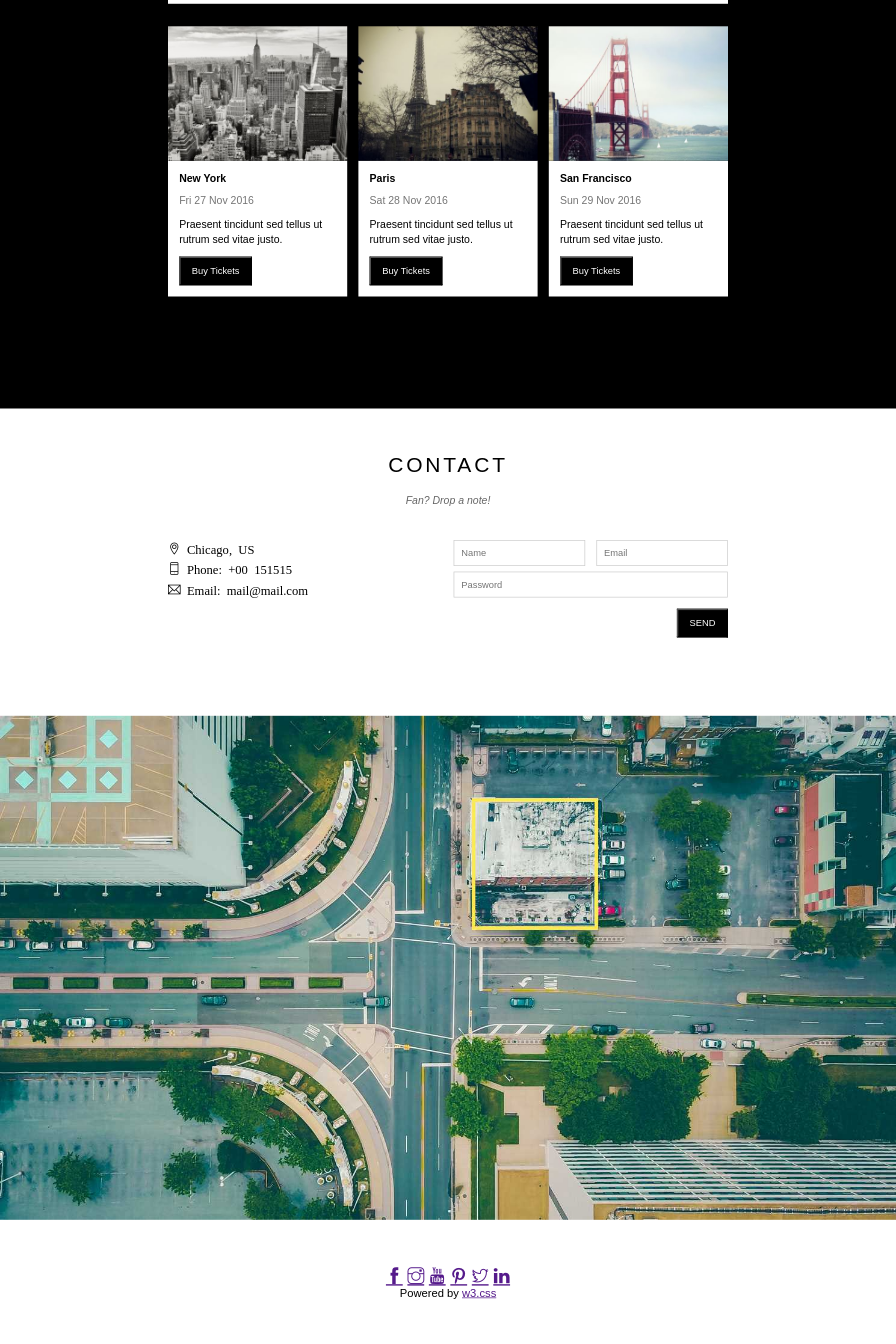
Repository: duyhung0311/band_music
Page: index.html
An editor plug-in stored every save of this project. The page is shown before and after the next save, followed by the edit.
The browser window is 1280 px wide. The pictures show the part of the page from y = 1622 to 3542 px (the page is 3542 px tall), at 70% of full size.

Above is the page before, as saved 2021-08-15 13:50:37.

### index.html
<!DOCTYPE html>
<html lang="en">
  <head>
    <meta charset="UTF-8" />
    <meta http-equiv="X-UA-Compatible" content="IE=edge" />
    <meta name="viewport" content="width=device-width, initial-scale=1.0" />
    <title>Document</title>
    <link rel="stylesheet" href="assets/css/style.css" />
    <link
      rel="stylesheet"
      href="./assets/fonts/themify-icons/themify-icons.css"
    />
  </head>
  <body>
    <div id="main">
      <div id="header">
        <!--#ul>li*5>a  -->
        <!-- Begin : Nav -->
        <ul id="nav">
          <li><a href="">Home</a></li>
          <li><a href="">Tour</a></li>
          <li><a href="">Band</a></li>
          <li><a href="">Contact</a></li>
          <li>
            <a href="">
              More
              <i class="nav-arrow-down ti-angle-dow"></i>
            </a>
            <ul class="subnav">
              <li><a href="">Merchandise</a></li>
              <li><a href="">Extras</a></li>
              <li><a href="">Media</a></li>
            </ul>
          </li>
        </ul>
        <!-- End : Nav -->

        <!-- Begin :Search button -->
        <div class="search-btn">
          <i class="search-icon ti-search"></i>
        </div>
        <!-- End :Search button -->
      </div>

      <div id="slider">
        <div class="text-content">
          <h2 class="text-heading">New York</h2>
          <div class="text-description">
            The atmosphere in New York is lorem ipsum.
          </div>
        </div>
      </div>

      <div id="content">
        <!-- Begin:about section -->
        <div class="content-section">
          <h2 class="section-heading">THE BAND</h2>
          <p class="section-sub-heading">We love music</p>
          <p class="about-content">
            We have created a fictional band website. Lorem ipsum dolor sit
            amet, consectetur adipiscing elit, sed do eiusmod tempor incididunt
            ut labore et dolore magna aliqua. Ut enim ad minim veniam, quis
            nostrud exercitation ullamco laboris nisi ut aliquip ex ea commodo
            consequat. Duis aute irure dolor in reprehenderit in voluptate velit
            esse cillum dolore eu fugiat nulla pariatur. Excepteur sint occaecat
            cupidatat non proident, sunt in culpa qui officia deserunt mollit
            anim id est laborum consectetur adipiscing elit, sed do eiusmod
            tempor incididunt ut labore et dolore magna aliqua. Ut enim ad minim
            veniam, quis nostrud exercitation ullamco laboris nisi ut aliquip ex
            ea commodo consequat.
          </p>

          <div class="row members-list">
            <div class="col col-third text-center">
              <p class="member-name">Name</p>
              <img
                src="./assets/img/ban/member1.jpg"
                alt=""
                class="member-avatar"
              />
            </div>

            <div class="col col-third text-center">
              <p class="member-name">Name</p>
              <img
                src="./assets/img/ban/member1.jpg"
                alt=""
                class="member-avatar"
              />
            </div>

            <div class="col col-third text-center">
              <p class="member-name">Name</p>
              <img
                src="./assets/img/ban/member1.jpg"
                alt=""
                class="member-avatar"
              />
            </div>

            <div class="clear"></div>
          </div>
        </div>
        <!-- End: about sections -->
        <!-- Tour section -->
        <div class="tour-section">
          <div class="content-section">
            <h2 class="section-heading text-white">TOUR DATES</h2>
            <p class="section-sub-heading text-white">
              Remember to book your tickets!
            </p>

            <!-- Ticket list -->
            <ul class="ticket-list">
              <li>September <span class="sold-out">Sold out</span></li>
              <li>October <span class="sold-out">Sold out</span></li>
              <li>November <span class="quantity">3</span></li>
            </ul>

            <!-- Place list -->
            <div class="row places-list">
              <div class="col col-third">
                <img
                  src="./assets//img/place/place1.jpg"
                  alt="New York"
                  class="place-img"
                />
                <div class="place-body">
                  <h3 class="place-heading">New York</h3>
                  <p class="place-time">Fri 27 Nov 2016</p>
                  <p class="place-description">
                    Praesent tincidunt sed tellus ut rutrum sed vitae justo.
                  </p>
                  <button class="btn js-buy-ticket">Buy Tickets</button>
                </div>
              </div>

              <div class="col col-third">
                <img
                  src="./assets//img/place/place2.jpg"
                  alt="Paris"
                  class="place-img"
                />
                <div class="place-body">
                  <h3 class="place-heading">Paris</h3>
                  <p class="place-time">Sat 28 Nov 2016</p>
                  <p class="place-description">
                    Praesent tincidunt sed tellus ut rutrum sed vitae justo.
                  </p>
                  <button class="btn js-buy-ticket">Buy Tickets</button>
                </div>
              </div>
              <div class="col col-third">
                <img
                  src="./assets//img/place/place3.jpg"
                  alt="San Francisco"
                  class="place-img"
                />
                <div class="place-body">
                  <h3 class="place-heading">San Francisco</h3>
                  <p class="place-time">Sun 29 Nov 2016</p>
                  <p class="place-description">
                    Praesent tincidunt sed tellus ut rutrum sed vitae justo.
                  </p>
                  <button class="btn js-buy-ticket">Buy Tickets</button>
                </div>
              </div>
              <div class="clear"></div>
            </div>
          </div>
        </div>

        <!-- Begin :Tour section -->
        <div class="content-section">
          <h2 class="section-heading">CONTACT</h2>
          <p class="section-sub-heading">Fan? Drop a note!</p>
          <div class="row contact-content">
            <div class="col col-half contact-info">
              <p><i class="ti-location-pin"> Chicago, US </i></p>
              <p><i class="ti-mobile"> Phone: +00 151515 </i></p>
              <p><i class="ti-email"> Email: mail@mail.com </i></p>
            </div>
            <div class="col col-half contact-form">
              <form action="">
                <div class="row">
                  <div class="col col-half">
                    <input
                      type="text"
                      name=""
                      required
                      id=""
                      placeholder="Name"
                      class="form-control"
                    />
                  </div>
                  <div class="col col-half">
                    <input
                      type="email"
                      name=""
                      required
                      id=""
                      placeholder="Email"
                      class="form-control"
                    />
                  </div>
                </div>
                <div class="row mt-8">
                  <div class="col col-full">
                    <input
                      type="password"
                      name=""
                      required
                      id=""
                      placeholder="Password"
                      class="form-control"
                    />
                  </div>
                </div>
                <input
                  type="submit"
                  value="SEND"
                  class="btn pull-right mt-16"
                />
              </form>
            </div>
          </div>
        </div>
        <!-- End :Tour section -->
        <!-- Begin: Map section -->
        <div class="map-section">
          <img src="./assets/img/map/map.jpg" alt="Map">
        </div>
        <!-- End: Map section -->
      </div>

      <div id="footer">
        <div class="social-list">
          <a href=""><i class="ti-facebook"></i></a>
          <a href=""><i class="ti-instagram"></i></a>
          <a href=""><i class="ti-youtube"></i></a>
          <a href=""><i class="ti-pinterest"></i></a>
          <a href=""><i class="ti-twitter"></i></a>
          <a href=""><i class="ti-linkedin"></i></a>
        </div>
        <p class="copy-right">
          Powered by
          <a href="">w3.css</a>
        </p>
      </div>
    </div>
    <div class="modal js-modal">
      <div class="modal-container js-modal-container">
        <div class="modal-close js-modal-close">
          <i class="ti-close"></i>
        </div>
        <header class="modal-header">
          <i class="modal-heading-icon ti-bag"></i>
          Tickets
        </header>
        <div class="modal-body">
          <label for="ticket-quantity" class="modal-label">
            <i class="ti-shopping-cart"></i>
            Tickets, $15 per person
          </label>
          <input
            id="quantity"
            type="text"
            placeholder="How many?"
            class="modal-input"
          />

          <label for="email" class="modal-label">
            <i class="ti-user"></i>
            Send To
          </label>
          <input
            id="email"
            type="text"
            placeholder="Email"
            class="modal-input"
          />
          <button id="buy-tickets">Pay <i class="ti-check"></i></button>
        </div>
        <footer class="modal-footer">
          <p class="modal-help">Need <a href="">help?</a></p>
        </footer>
      </div>
    </div>
    <script>
      const buyBtns = document.querySelectorAll(".js-buy-ticket");
      const modal = document.querySelector(".modal");
      const modalClose = document.querySelector(".js-modal-close");
      const modalContainer = document.querySelector(".js-modal-container");
      // Hàm hiển thị modal
      function showBuyTickets() {
        modal.classList.add("open");
      }
      // Hàm ẩn đi modal mua vé
      function showCloseTickets() {
        modal.classList.remove("open");
      }
      for (const buyBtn of buyBtns) {
        buyBtn.addEventListener("click", showBuyTickets);
      }
      modalClose.addEventListener("click", showCloseTickets);
      modal.addEventListener("click", showCloseTickets);
      modalContainer.addEventListener("click", function (event) {
        event.stopPropagation();
      });
    </script>
  </body>
</html>

### assets/css/style.css
/*Reset CSS*/
* {
  padding: 0;
  margin: 0;
  box-sizing: border-box;
}
html {
  font-family: Arial, Helvetica, sans-serif;
}
/*
    1. Từ ngoài vào trong
    2. Từ trên xuống dưới
    3. Từ tổng quan đến chi tiết
*/
/*
    1. Vị trí
    2. Kích thước (width height)
    3. Màu sắc
    4. Kiểu dáng (kiểu chữ, hình tròn, vuông, ....)
*/
.clear{
    clear: both;
}
.text-center {
    text-align: center !important;
}
.text-white {
    color: #fff !important;
}
.mt-8 {
    margin-top: 8px !important;
}
.mt-16 {
    margin-top: 16px !important;
}
.btn{
    color: #fff;
    background :#000;
    text-decoration: none;
    padding:11px 16px;
    display: inline-block;
    margin-top: 15px;
}
.pull-right {
    float: right !important;
}
 .btn:hover{
     cursor: pointer;
    color: #000;
    background: #ccc;
}
#main {
}
#header {
  position: fixed;
  top: 0;
  left: 0;
  right: 0;
  z-index: 1;
  height: 46px;
  background-color: #000;
}

#nav {
  display: inline-block;
}

/* cách bỏ dấu chấm đầu dòng của thằng ul */
#nav,
.subnav {
  list-style-type: none;
}

#nav > li {
  display: inline-block;
}
#nav li {
  /* inline là trên 1 hàng block giữ lại kích thước khối */
  position: relative;
}

#nav > li > a {
  color: #fff;
  text-transform: uppercase;
}

#nav li a {
  text-decoration: none;
  line-height: 46px;
  padding: 0 24px;
  display: block;
  /* inline k tính chiều cao và chiều rộng được */
}

#nav li:hover .subnav {
  display: block;
}

#nav > li:hover > a,
#nav .subnav li:hover a {
  color: #000;
  background-color: #ccc;
}

#nav .subnav {
  display: none;
  min-width: 160px;
  position: absolute;
  top: 100%;
  /* top = 100% là nó lấy chính chiều cao
    100% của chính nó */
  left: 0;
  background-color: #fff;
  box-shadow: 0 0 10px rgba(0, 0, 0, 0.3);
}

#nav .subnav a {
  color: #000;
  padding: 0 12px;
  line-height: 38px;
}

#nav .nav-arrow-down {
  font-size: 14px;
}

#header .search-btn {
  float: right;
  padding: 0 21px;
  cursor: pointer;
}

#header .search-btn:hover {
  background-color: #f44336;
}

#header .search-icon {
  color: #fff;
  font-size: 20px;
  line-height: 46px;
}

#slider {
    position: relative;
    margin-top: 46px;
    padding-top: 50%;
    background:url('./../img/slider/slider1.jpg') top center / cover no-repeat;
}
#slider .text-content   {
    position: absolute;
    bottom: 46px;
    left: 50%;
    color: #fff;
    transform: translateX(-50%);
    text-align: center;
}

#slider .text-heading   {
    font-weight: 500;
    font-size: 24px;
}

#slider .text-description   {
    font-size: 15px;
    margin-top: 25px;
}

#content {

}

#content .content-section{
    width: 800px;
    margin: 0 auto;
    padding: 64px 0 112px;
}

#content .section-heading {
    font-size: 30px;
    font-weight: 500;
    letter-spacing: 4px;
}

#content .section-sub-heading,
#content .about-content {
    margin-top: 25px;
    font-size: 15px;
}

#content .section-heading,
#content .section-sub-heading {
    text-align: center;
}

#content .section-sub-heading {
    font-style: italic;
    opacity: 0.6;
}

#content .about-content {
    text-align: justify;
    line-height: 1.4;
}

#content .members-list {
    margin-top: 48px;
    /* overflow: hidden; */
}

#content .member-item {
    text-align: center;
}

#content .member-name {
    font-size: 15px;
}

#content .member-avatar {
    width: 154px;
    margin-top:15px;
    border-radius: 4px;
}
/* Tour section */
.tour-section {
    background: #000;
}

.ticket-list li {
    color: #757575;
    font-size: 15px;
    padding: 11px 16px;
    border-bottom: 1px solid #bbb;
    list-style-type: none;
}

.ticket-list {
    background:#fff;
    margin-top: 40px;
}


.ticket-list .sold-out {
    color: #fff;
    background: #f44336;
    padding: 3px 4px;
    margin-left: 16px;
}

.ticket-list .quantity {
    float: right;
    margin-top: -3px;
    width: 24px;
    height: 24px;
    background:#000;
    color: #fff;
    border-radius: 50%;
    text-align: center;
    line-height: 24px;
}
.places-list{
    margin-top: 32px;
    /* margin-bottom: 48px; */
    padding-bottom: 48px;
}

/* .places-list .place-item{ */
    /* float: left;
    padding: 0 8px; */
    /* width: calc(100%/3); */
/* } */
.places-list .place-img{
    width: 100%;
    display: block;
}
.places-list .place-img:hover{
    opacity: 0.6;
}
.places-list .place-body{
    padding: 16px;
    background-color: #fff;
    font-size: 15px;
}
.place-body .place-heading{
    font-size: 15px;
    font-weight:600;
}
.place-body .place-time{
    margin-top: 15px;
    color: #757575;
}
.place-body .place-description{
    margin-top: 15px;
    line-height: 1.4;
}
/* Footer section */
#footer {
    padding: 64px 16px;
    text-align: center;
}
#footer .social-list {
    font-size: 24px;
}
.modal{
    position: fixed;
    top: 0;
    bottom: 0;
    left: 0;
    right: 0;
    background: rgba(0,0,0,0.3);
    display: none;
    align-items: center;
    justify-content: center;
}
.modal.open {
    display: flex;
}
.modal .modal-container {
    background: #fff;
    width: 900px;
    min-height: 200px;
    max-width: calc(100% - 32px);
    animation: modalFadeIn ease-in .5s;
}
.modal .modal-header{
    background: #009688;
    height: 130px;
    display: flex;
    align-items: center;
    justify-content: center;
    font-size: 30px;
    color: #fff;
}
.modal-header .modal-heading-icon {
    margin-right: 16px;
}
.modal .modal-container {
    position: relative;
}
.modal-container .modal-close {
    position: absolute;
    top: 0;
    right: 0;
    padding: 12px;
    cursor: pointer;
    opacity: 0.9;
}
.modal-container .modal-close:hover {
    opacity: 1;
}
.modal-container .modal-body {
    padding: 16px;
}
.modal-body .modal-label {
    display: block;
    font-size: 15px;
    margin-bottom: 12px;
}
.modal-body .modal-input {
    border:1px solid #ccc;
    width: 100%;
    padding: 10px;
    font-size: 15px;
    margin-bottom: 24px;
}
.modal-body #buy-tickets{
      background: #009688;
      border: none;
      color:#fff;
      width: 100%;
      text-transform: uppercase;
      padding:18px;
      cursor: pointer;
}
.modal-body #buy-tickets:hover {
    opacity: 0.9;
}
.modal-footer{
    padding: 16px;
    text-align: right;
}
.modal-footer a {
    color: #2196f3;
}
.row {
    margin-left: -8px;
    margin-right: -8px;
}
.row::after {
    content :"";
    display: block;
    clear: both;
}
.col {
    padding-left: 8px;
    padding-right: 8px;
    float: left;
}
.col-third {
    width:calc(100% / 3)
}
.col-half {
    width:50%;
}
.col-full {
    width:100%;
}
.contact-content{
    margin-top: 48px;
}
.contact-info {
    font-size: 18px;
    line-height: 1.6;
}
.contact-info i[class*="ti-"]  {
    width: 30px;
}
.contact-form{
    font-size: 15px;
}
.contact-form .form-control {
    padding : 10px;
    border: 1px solid #ccc;
    width: 100%;
}
/* .contact-form .form-submit-btn {
    background: #000;
    color: #fff;
    border: 1px solid #000;
    padding: 10px 16px;
    float: right;
} */
.map-section img {
    width: 100%;
}
@keyframes modalFadeIn {
    from {
        transform: translateY(-140px);
        opacity: 0;
    }
    to {
        transform: translateY(0);
        opacity: 1;
    }
}

Loaded but not shown: assets/fonts/themify-icons/themify-icons.css (common file)

After the next save:
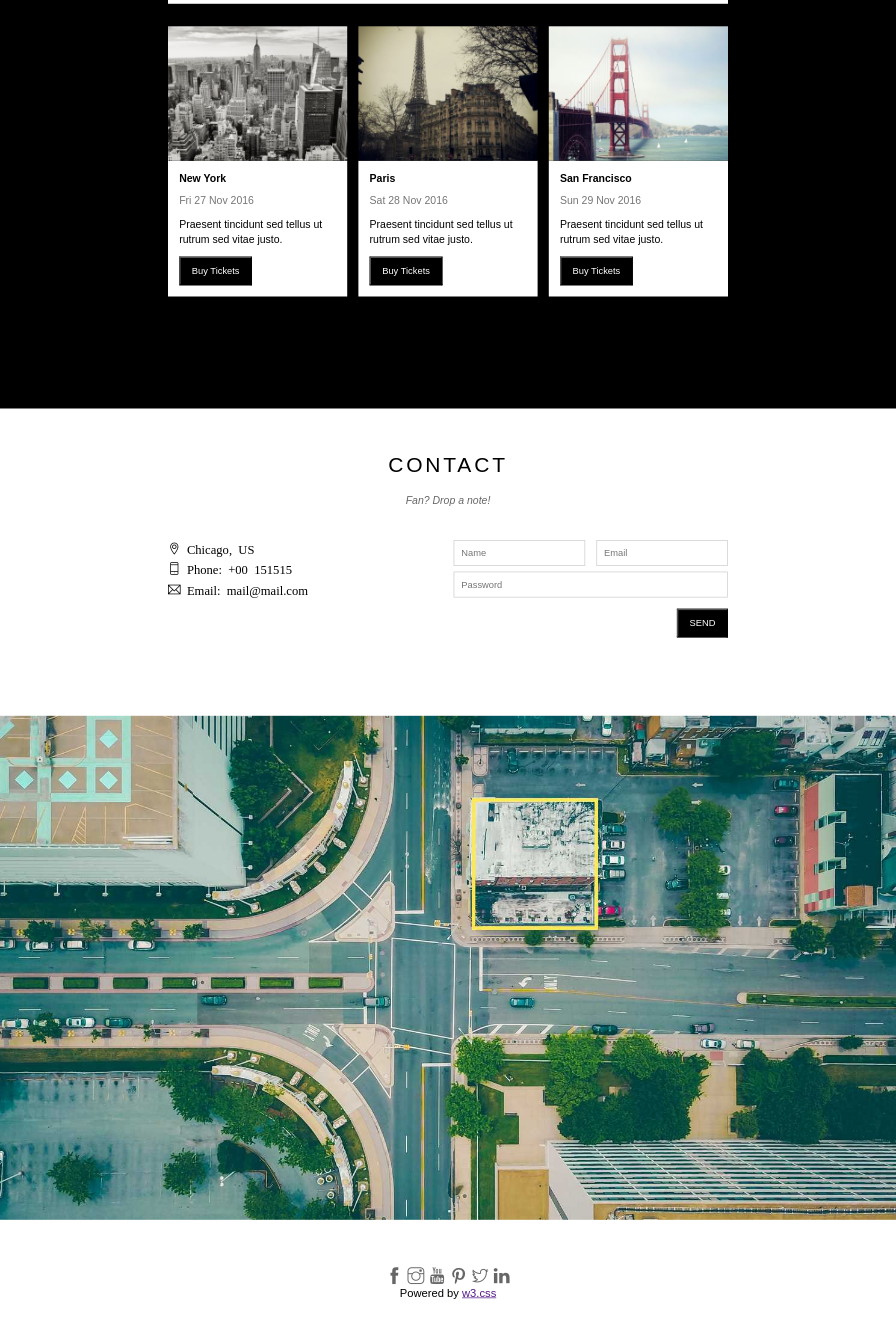
Saved 69 s later.
--- a/assets/css/style.css
+++ b/assets/css/style.css
@@ -300,6 +300,10 @@
 #footer .social-list {
     font-size: 24px;
 }
+#footer .social-list  a {
+    text-decoration: none;
+    color:rgba(0, 0, 0, 0.6);
+}
 .modal{
     position: fixed;
     top: 0;
